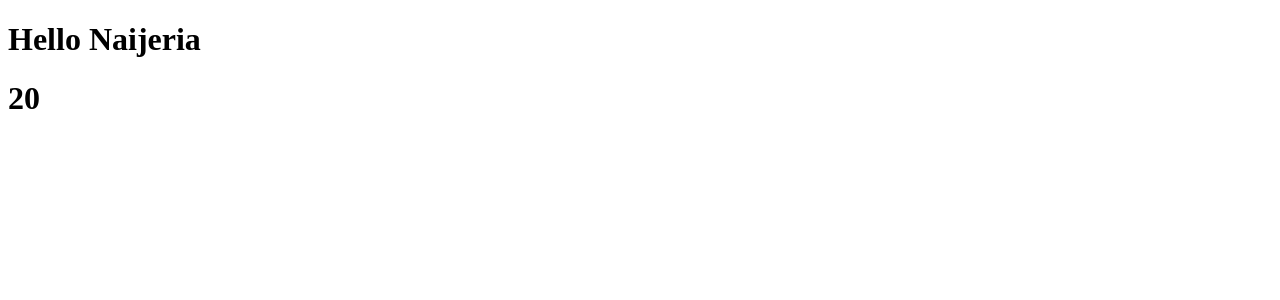
Repository: nashthecoder/vuebasics
Page: string-interpolation.html
These files come from the project's save history. The page is drawn as it stood at one moment and after the next save; the edit follows.
The browser window is 1280 px wide. The pictures show the whole page.

Above is the page before, as saved 2021-01-05 15:08:38.

### string-interpolation.html

<!DOCTYPE html>
<html lang="en">

<div id="app">


  <h1>{{ message }}</h1>
  <h1>{{ number + 10 }}</h1>


</div>

<script src="https://cdn.jsdelivr.net/npm/vue@2/dist/vue.js"></script>


<script>

  let vm = new Vue({

    el: '#app',
    data: {

      message: 'Hello Naijeria',
      number: 10
    }

  })

</script>

After the next save:
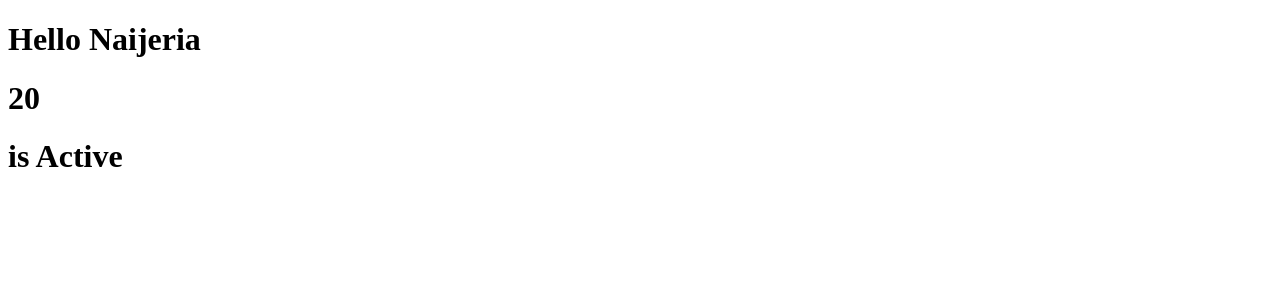
Saved 4 min 26 s later.
--- a/string-interpolation.html
+++ b/string-interpolation.html
@@ -7,6 +7,7 @@
 
   <h1>{{ message }}</h1>
   <h1>{{ number + 10 }}</h1>
+  <h1>{{ isActive ? 'is Active' : 'is Not Active'}}</h1>
 
 
 </div>
@@ -22,7 +23,8 @@
     data: {
 
       message: 'Hello Naijeria',
-      number: 10
+      number: 10,
+      isActive: true
     }
 
   })
